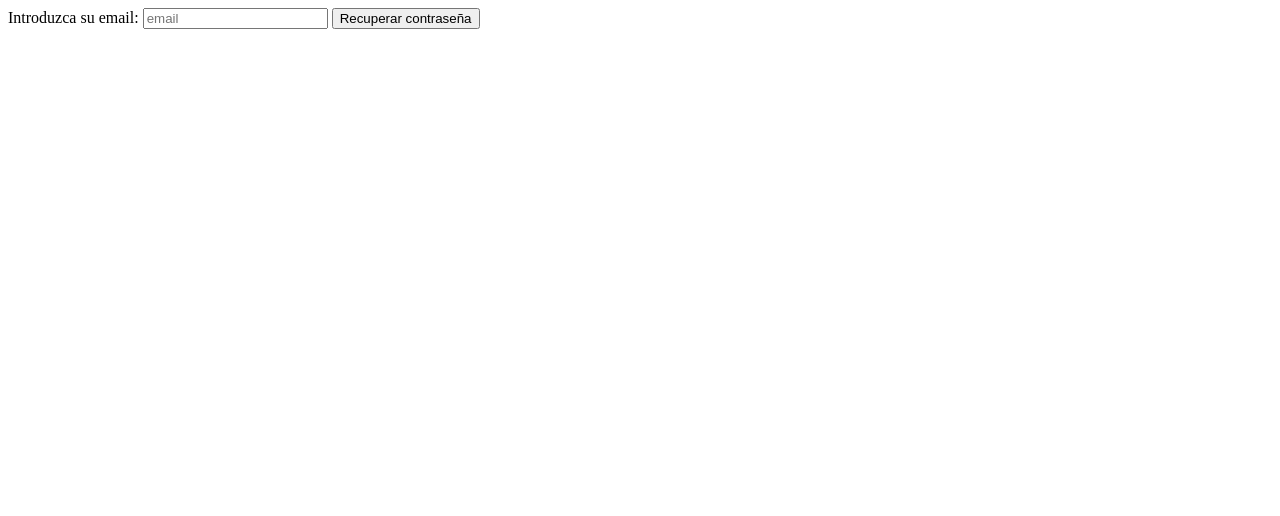
Repository: jluislechado/gestionUsuario
Page: http://localhost/php/olvidar.php
The author's editor kept a record of every edit. The page is drawn from the files as they stood at one moment, then again after the next edit.
The browser window is 1280 px wide. The pictures show the whole page.
The page is run by PHP 8.4 with error messages shown; the project is at /var/www/html/.

Above is the page before.

### workspace/php/olvidar.php
<!DOCTYPE html>
<html>
    <head>
        <meta charset="UTF-8">
        <title></title>
          <link rel="stylesheet" href="../estilo/estilo.css"/>
    </head>
    <body>
        <form action="../oauth/recuperarClave.php" method="post">
            <span>Introduzca su email: </span><input type="email" name="email" placeholder="email"/>
            <input type="submit" value="Recuperar contraseña"/>
        </form>
    </body>
</html>

### workspace/estilo/estilo.css
header{
    width:100%;
}
#cabecera{
    width:100%;
}
#formularioIndex{
    width:450px;
    height:150px;
    border:1px solid #0168b3;
    margin:0 auto;
    font-family:raleway;
    font-size:20px;
    color:#0168b3;
    text-align:center;
}
#botonIndex{
    background-color:#0168b3;
    font-family:raleway;
    font-size:20px;
    color:white;
    width:287px;
}
.blanco{
    width:100%;
    height:50px;
}
#enlacesIndex{
    width:450px;
    margin:0 auto;
    font-family:raleway;
    font-size:20px;
    color:#0168b3;
    text-align:center;
}
a{
    list-style:none;
    text-decoration:none;
    color:#0168b3;
}
#administradorIndex{
    width:100%;
    font-family:raleway;
    font-size:20px;
    color:#0168b3;
    text-align:right;
}
#h1{
    width:100%;
    font-family:raleway;
    color:#0168b3;
    font-size:40px;
    text-align:center;
    font-weight:200;
}
#formularioIndex2{
    width:450px;
    height:150px;
    border:1px solid #0168b3;
    margin-left:50px;
    float:left;
    font-family:raleway;
    font-size:20px;
    color:white;
    background-color:#0168b3;
    text-align:center;
}
#ladoDerecho{
    width:250px;
    float:right;
    margin-right:50px;
}
.usuario{
    width:250px;
    border:1px solid white;
    text-align:center;
    font-family:raleway;
    font-size:20px;
    background-color:#0168b3;
    margin-bottom:8px;
}
.usuario a{
   color:white;
}
table{
    margin:0 auto;
    font-family:raleway;
}
.mensaje{
    font-family:raleway;
    font-size:20px;
    background-color:#0168b3;
}

After the next edit:
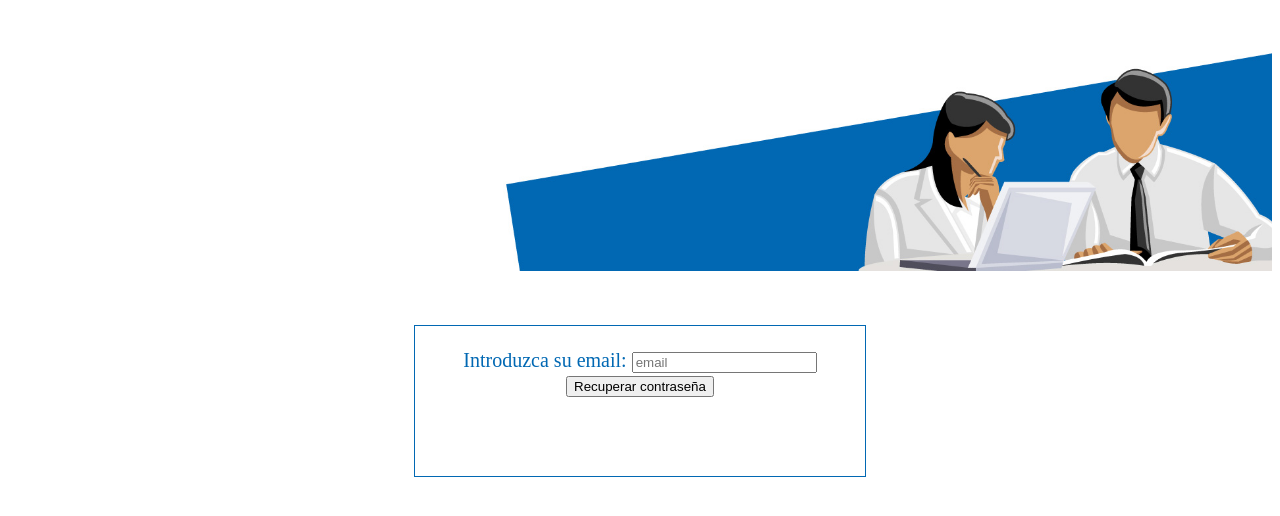
The edit:
--- a/workspace/php/olvidar.php
+++ b/workspace/php/olvidar.php
@@ -6,9 +6,16 @@
           <link rel="stylesheet" href="../estilo/estilo.css"/>
     </head>
     <body>
-        <form action="../oauth/recuperarClave.php" method="post">
-            <span>Introduzca su email: </span><input type="email" name="email" placeholder="email"/>
-            <input type="submit" value="Recuperar contraseña"/>
-        </form>
+        <header>
+            <img src="../estilo/imagenes/cabecera.jpg" alt="cabecera" id="cabecera"/>
+        </header>
+        <div class="blanco"></div>
+        <div id="formularioIndex" class="alto">
+            </br>
+            <form action="../oauth/recuperarClave.php" method="post">
+                <span>Introduzca su email: </span><input type="email" name="email" placeholder="email"/>
+                <input type="submit" value="Recuperar contraseña"/>
+            </form>
+        </div>
     </body>
 </html>
